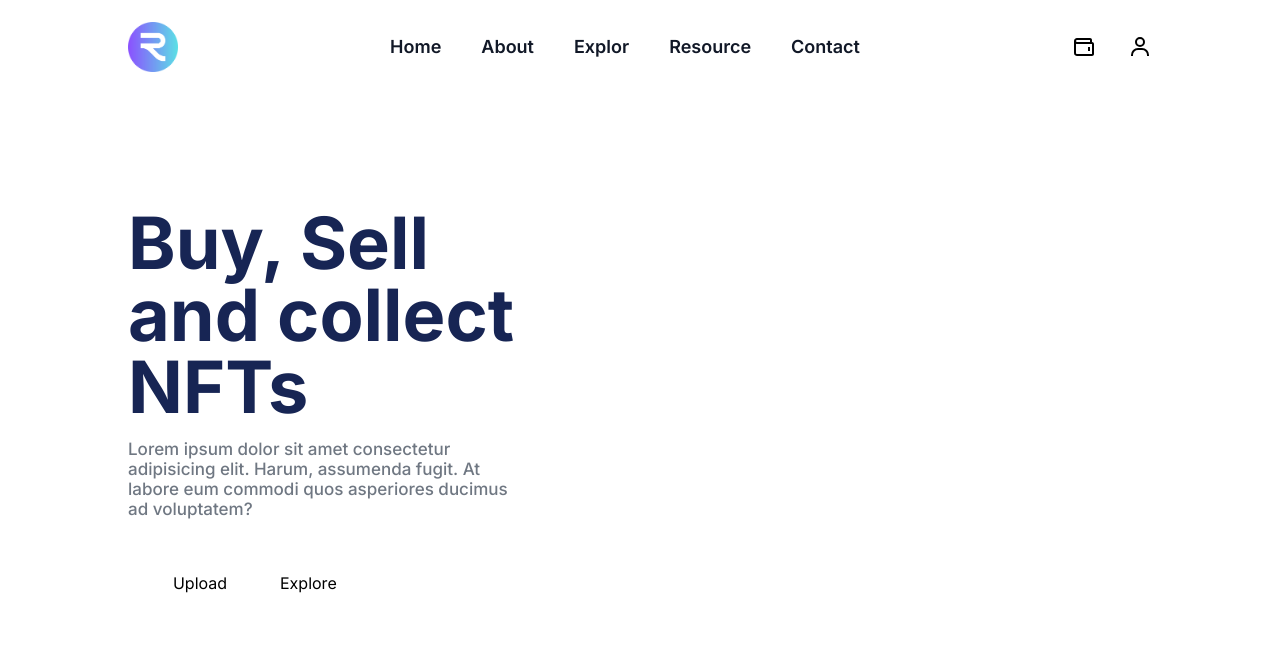
Repository: longblue2910/rimdasilva-ui
Page: /
The author's editor kept a copy of each file at every save. The page is drawn from the files as they stood at one save, then again after a run of saves.
The browser window is 1280 px wide. The pictures show the whole page.
The project was rebuilt for these pictures with package versions that can differ from the ones it lists, and the page was loaded fresh each time. The framework's server and built-in components were replaced by stand-ins that run in the browser. Also part of the build but not shown: next.config.mjs.

Above is the page before, as saved 2024-08-09 17:08:13.

### app/layout.tsx
import type { Metadata } from "next";
import { Inter } from "next/font/google";
import "./globals.css";
import ReponsiveNav from "@/components/Home/Navbar/ReponsiveNav";

const inter = Inter({ subsets: ["vietnamese"] });

export const metadata: Metadata = {
  title: "Rimdasilva Dev Blog",
  description: "Rimdasilva Dev Blog",
};

export default function RootLayout({
  children,
}: Readonly<{
  children: React.ReactNode;
}>) {
  return (
    <html lang="en">
      <body className={inter.className}>
        <ReponsiveNav />
        {children}
      </body>
    </html>
  );
}

### app/page.tsx
import Home from "@/components/Home/Home";

const HomePage = () => {
  return (
    <div>
      <Home />
    </div>
  );
};

export default HomePage;

### components/Home/Navbar/ReponsiveNav.tsx
"use client";

import React, { useState } from "react";
import Nav from "./Nav";
import MobileNav from "./MobileNav";

const ReponsiveNav = () => {
  const [showNav, setShowNav] = useState(false);
  const showNavHandler = () => setShowNav(true);
  const closeNavHandler = () => setShowNav(false);

  return (
    <>
      <Nav openNav={showNavHandler} />
      <MobileNav nav={showNav} closeNav={closeNavHandler} />
    </>
  );
};

export default ReponsiveNav;

### components/Home/Home.tsx
import React from "react";
import Hero from "./Hero/Hero";

const Home = () => {
  return (
    <div>
      <Hero />
    </div>
  );
};

export default Home;

### components/Home/Navbar/Nav.tsx
import { navLinks } from "@/constant/Constant";
import Image from "next/image";
import Link from "next/link";
import React from "react";
import { BiUser, BiWallet } from "react-icons/bi";
import { FaBars } from "react-icons/fa";

type Props = {
  openNav: () => void;
};

const Nav = ({ openNav }: Props) => {
  return (
    <div className="w-full h-[13vh]">
      <div className="w-[95%] sm:w-[85%] md:w-[80%] h-full mx-auto flex items-center justify-between">
        {/* Logo */}
        <Image
          src="/images/logo.png"
          alt="Logo"
          width={50}
          objectFit="cover"
          height={50}
        />

        {/* Nav Links */}
        <div className="lg:flex hidden items-center space-x-10">
          {navLinks.map((link) => {
            return (
              <Link href={link.url} key={link.id}>
                <p className="text-lg font-semibold cursor-pointer hover:text-blue-800 transition-all duration-200 text-gray-900">
                  {link.label}
                </p>
              </Link>
            );
          })}
        </div>

        {/* Icons */}
        <div className="flex items-center space-x-8">
          <BiWallet className="w-6 h-6 cursor-pointer hover:text-red-600 " />
          <BiUser className="w-6 h-6 cursor-pointer hover:text-red-600 " />
          <FaBars
            onClick={openNav}
            className="lg:hidden w-6 h-6 cursor-pointer hover:text-red-600 "
          />
        </div>
      </div>
    </div>
  );
};

export default Nav;

### components/Home/Navbar/MobileNav.tsx
import { navLinks } from "@/constant/Constant";
import Image from "next/image";
import Link from "next/link";
import React from "react";
import { BiX } from "react-icons/bi";

type Props = {
  nav: boolean;
  closeNav: () => void;
};

const MobileNav = ({ closeNav, nav }: Props) => {
  const reponsiveNav = nav ? "translate-x-0" : "translate-x-[-100%]";

  return (
    <div
      className={`transform ${reponsiveNav} transition-all duration-500 fixed top-0 left-0 z-[200] h-[100vh] right-0 bottom-0 bg-[#f3ff6b]`}
    >
      {/* Logo */}
      <div>
        <BiX
          onClick={closeNav}
          className="w-8 h-8 absolute top-[2rem] text-black z-[202] right-[2rem]"
        />
      </div>
      {/* Nav Links */}
      <div className="relative z-[201] space-y-12 flex flex-col items-center justify-center h-[60%]">
        {navLinks.map((link) => {
          return (
            <Link href={link.url} key={link.id}>
              <p className="text-2xl font-semibold cursor-pointer hover:text-blue-800 transition-all duration-200 text-gray-900">
                {link.label}
              </p>
            </Link>
          );
        })}
      </div>
    </div>
  );
};

export default MobileNav;

### components/Home/Hero/Hero.tsx
import React from "react";

const Hero = () => {
  return (
    <div className="h-[calc(100vh-13vh)] w-full flex justify-center flex-col">
      <div className="w-4/5 mx-auto items-center grid grid-cols-1 lg:grid-cols-5 gap-8">
        {/* Text content */}
        <div className="col-span-2">
          <h1 className="text-2xl sm:text-4xl lg:text-5xl xl:text-7xl text-blue-950 font-bold">
            Buy, Sell and collect NFTs
          </h1>
          <p className="text-sm md:text-[17px] text-gray-600 text-opacity-80 mt-4 font-medium">
            Lorem ipsum dolor sit amet consectetur adipisicing elit. Harum,
            assumenda fugit. At labore eum commodi quos asperiores ducimus ad
            voluptatem?
          </p>
          <div className="flex items-center space-x-2 mt-10">
            <button className="w-36 rounded-full py-3 px-8 text-center">
              Upload
            </button>
            <button>Explore</button>
          </div>
        </div>
        {/* Image */}
      </div>
    </div>
  );
};

export default Hero;

### constant/Constant.ts
export const navLinks = [
  {
    id: 1,
    url: "#",
    label: "Home",
  },
  {
    id: 2,
    url: "#",
    label: "About",
  },
  {
    id: 3,
    url: "#",
    label: "Explor",
  },
  {
    id: 4,
    url: "#",
    label: "Resource",
  },
  {
    id: 5,
    url: "#",
    label: "Contact",
  },
];

Loaded but not shown: app/globals.css (common file); tailwind.config.ts (common file)

After the next 3 saves:
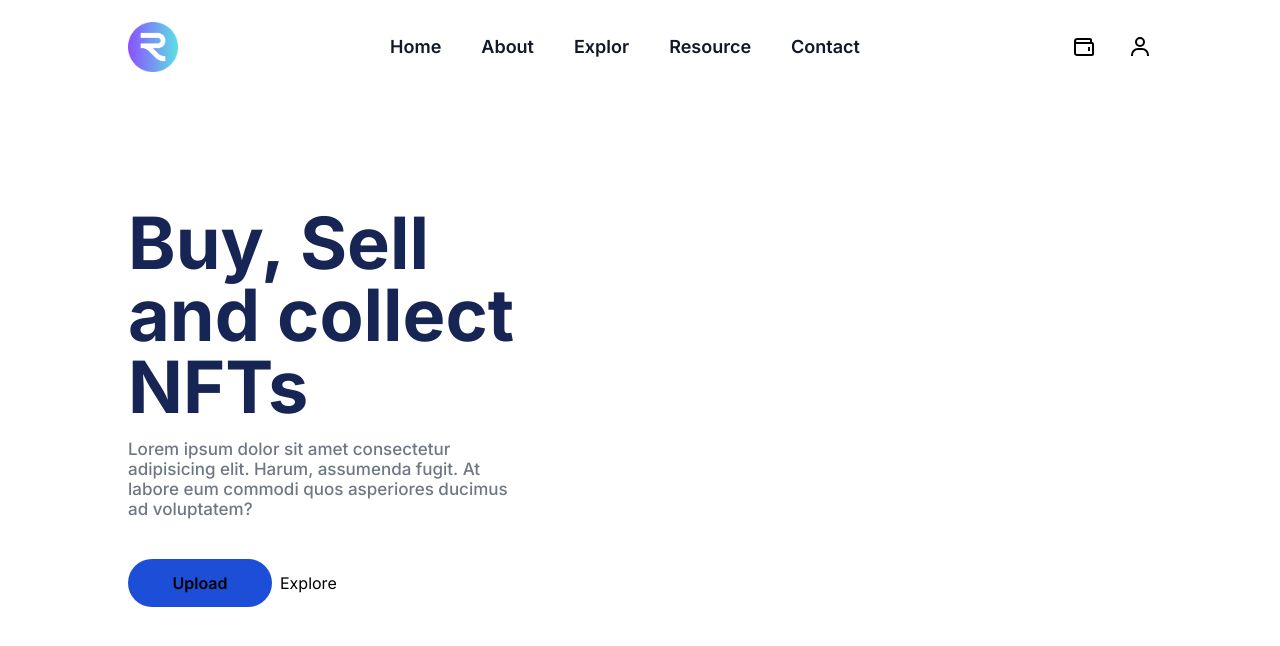
The 3 saves are shown as one change because they came seconds apart.
The last was saved 103 s later.
--- a/components/Home/Hero/Hero.tsx
+++ b/components/Home/Hero/Hero.tsx
@@ -15,7 +15,7 @@ const Hero = () => {
             voluptatem?
           </p>
           <div className="flex items-center space-x-2 mt-10">
-            <button className="w-36 rounded-full py-3 px-8 text-center">
+            <button className="w-36 rounded-full py-3 px-8 text-center bg-blue-700 font-semibold">
               Upload
             </button>
             <button>Explore</button>
